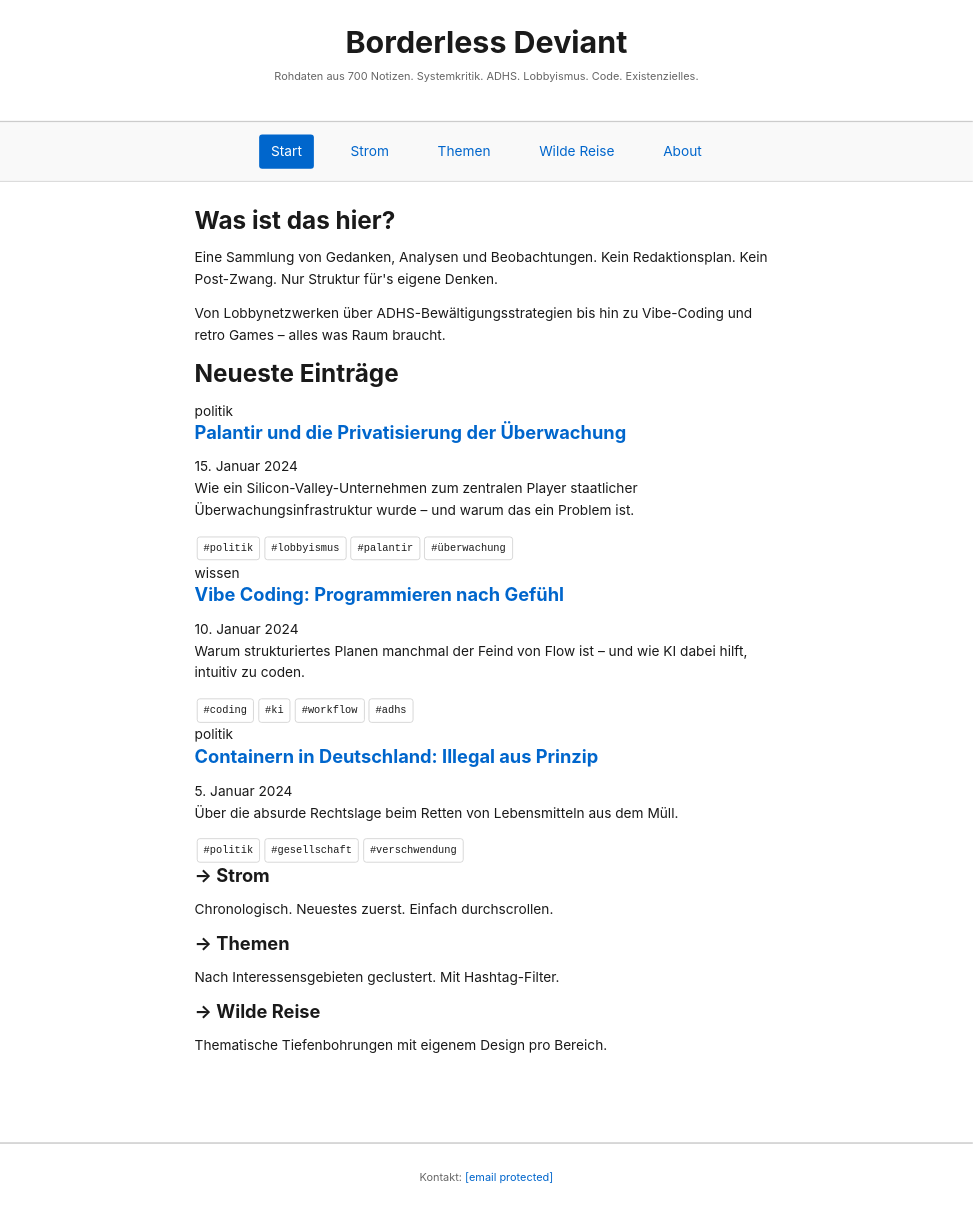
Repository: dev-without-borders/borderless-deviant
Page: index.html
An editor plug-in stored every save of this project. The page is shown before and after the next save, followed by the edit.
The browser window is 1280 px wide. The pictures show the whole page, at 76% of full size.

Above is the page before, as saved 2025-11-24 20:23:54.

After the next save:
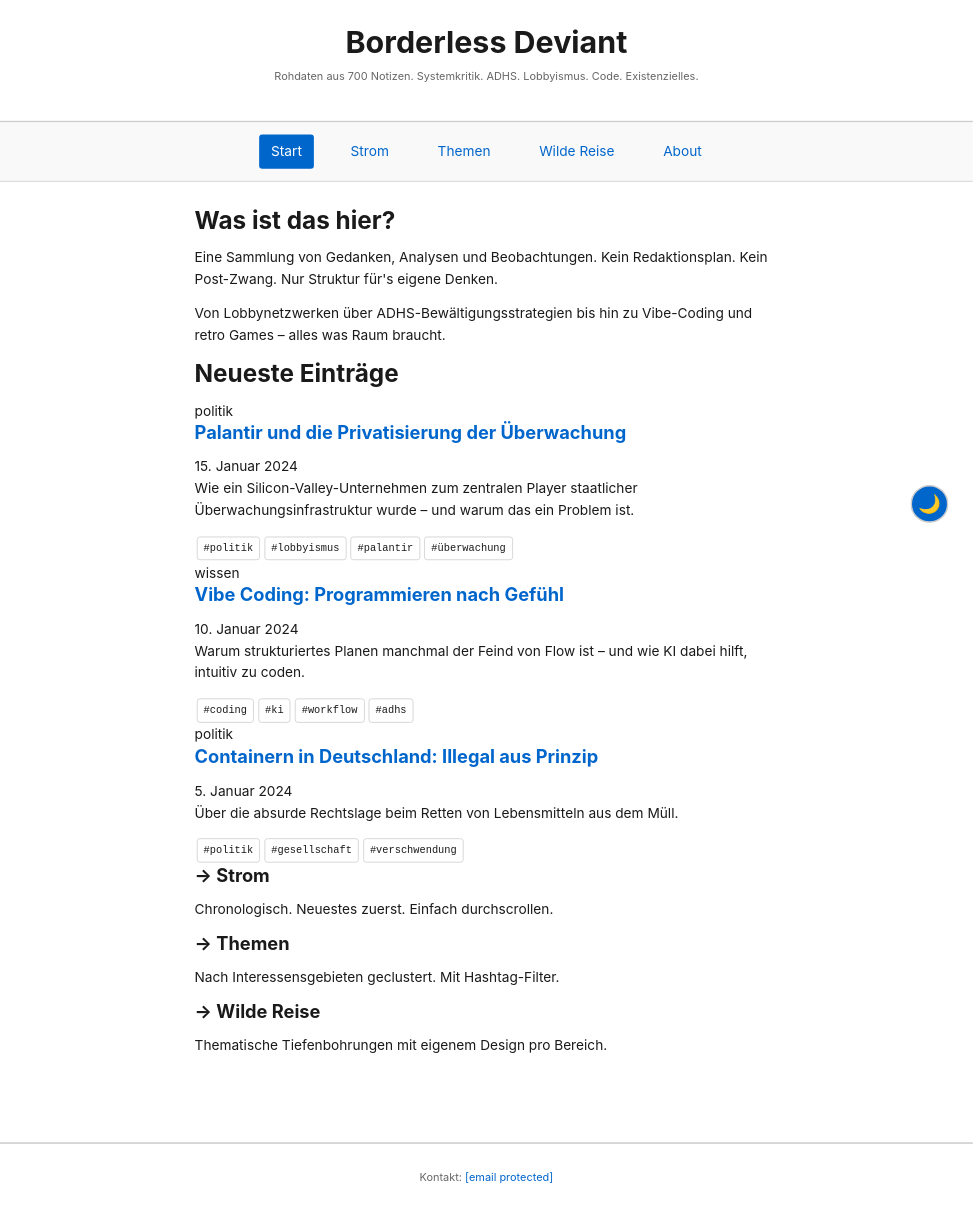
Saved 47 s later.
--- a/index.html
+++ b/index.html
@@ -65,5 +65,6 @@
     <script>
         loadRecentPosts('recent-posts-list', 5);
     </script>
+        <script src="js/theme-toggle.js"></script> <!-- NEU -->
 </body>
 </html>
